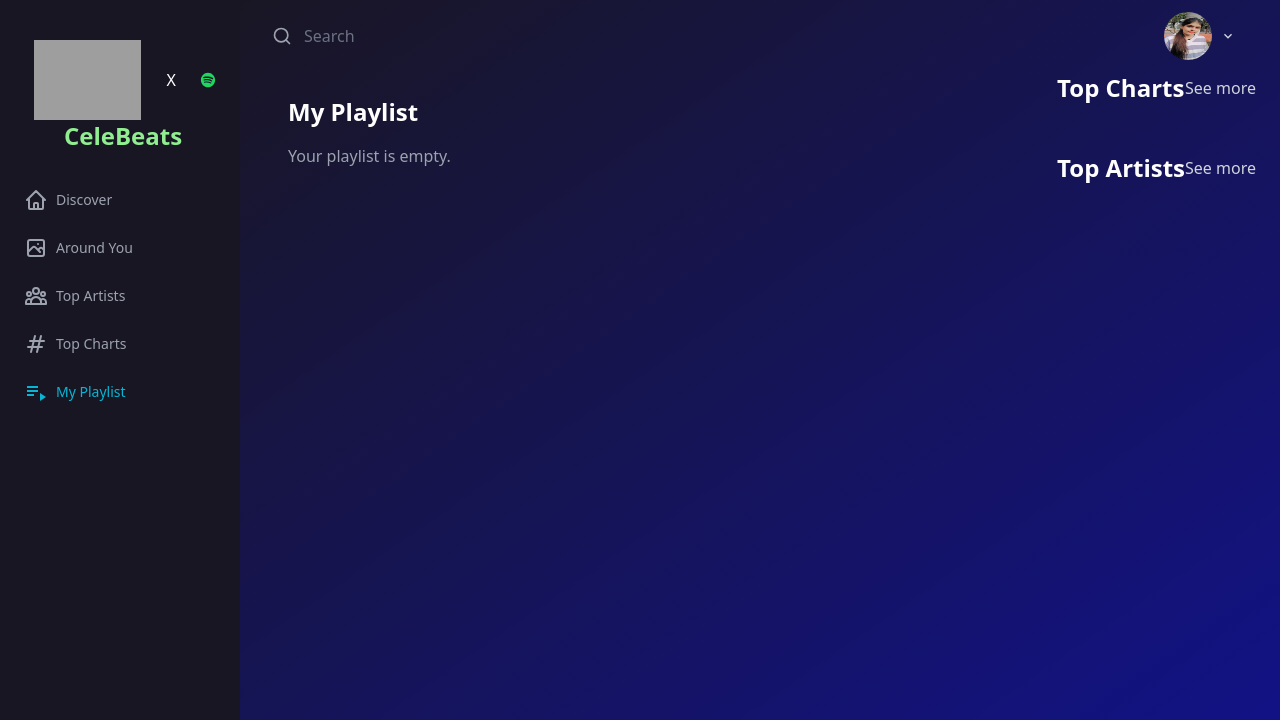
Repository: aakanshimalik/CeleBeats-SpotifyClone
Page: /playlist
An editor plug-in stored every save of this project. The page is shown before and after the next save, followed by the edit.
The browser window is 1280 px wide. The pictures show the whole page.
Pictures or frames that could not be fetched are drawn as grey boxes. The page's requests for data from a server got no answer. The project was rebuilt for these pictures with package versions that can differ from the ones it lists, and the page was loaded fresh each time. No one was signed in, and anything a server would have sent is missing. Also part of the build but not shown: vite.config.js, src/components/PlayPause.jsx, src/components/SongCard.jsx, src/components/ArtistCard.jsx, src/components/DetailsHeader.jsx, src/components/DetailHeader.jsx, src/components/SongBar.jsx, src/components/RelatedSongs.jsx and 17 more.

Above is the page before, as saved 2025-07-07 20:03:23.

### index.html
<!DOCTYPE html>
<html lang="en" class="h-full bg-gray-50">
  <head>
    <meta charset="UTF-8" />
    <link rel="icon" type="image/svg+xml" href="/src/assets/favicon.png" />
    <meta name="viewport" content="width=device-width, initial-scale=1.0" />
    <title>Spotify 2.0</title>
  </head>
  <body class="h-full overflow-hidden">
    <div id="root"></div>
    <script type="module" src="/src/index.jsx"></script>
  </body>
</html>

### src/index.jsx
import React from 'react';
import ReactDOM from 'react-dom/client';
import { BrowserRouter as Router } from 'react-router-dom';
import { Provider } from 'react-redux';

import './index.css';
import App from './App';
import { store } from './redux/store';
import PlaylistProvider from './context/PlaylistContext';

ReactDOM.createRoot(document.getElementById('root')).render(
  <React.StrictMode>
    <PlaylistProvider>
    <Provider store={store}>
      <Router>
        <App />
      </Router>
    </Provider>
    </PlaylistProvider>
  </React.StrictMode>,
);

### src/App.jsx
import { useSelector } from 'react-redux';
import { Route, Routes } from 'react-router-dom';

import { Searchbar, Sidebar, MusicPlayer, TopPlay } from './components';
import { ArtistDetails, TopArtists, AroundYou, Discover, Search, SongDetails, TopCharts, Playlist } from './pages';



const App = () => {
  const { activeSong } = useSelector((state) => state.player);

  return (
    <div className="relative flex">
      <Sidebar />
      <div className="flex-1 flex flex-col bg-gradient-to-br from-black to-[#121286]">
        <Searchbar />

        <div className="px-6 h-[calc(100vh-72px)] overflow-y-scroll hide-scrollbar flex xl:flex-row flex-col-reverse">
          <div className="flex-1 h-fit pb-40">
            <Routes>
              <Route path="/" element={<Discover />} />
              <Route path="/top-artists" element={<TopArtists />} />
              <Route path="/top-charts" element={<TopCharts />} />
              <Route path="/around-you" element={<AroundYou />} />
              <Route path="/artists/:id" element={<ArtistDetails />} />
              <Route path="/songs/:songid" element={<SongDetails />} />
              <Route path="/search/:searchTerm" element={<Search />} />
              <Route path='/playlist' element={<Playlist/>} />
            </Routes>
          </div>
          <div className="xl:sticky relative top-0 h-fit">
            <TopPlay />
          </div>
        </div>
      </div>

      {activeSong?.title && (
        <div className="absolute h-28 bottom-0 left-0 right-0 flex animate-slideup bg-gradient-to-br from-white/10 to-[#2a2a80] backdrop-blur-lg rounded-t-3xl z-10">
          <MusicPlayer />
        </div>
      )}
    </div>
  );
};

export default App;

### src/redux/store.js
import { configureStore } from '@reduxjs/toolkit';
import { audiusCoreApi } from './services/audiusCoreApi';

import playerReducer from './features/playerSlice';

export const store = configureStore({
  reducer: {
    [audiusCoreApi.reducerPath]: audiusCoreApi.reducer,
    player: playerReducer,
  },

  middleware: (getDefaultMiddleware) =>    getDefaultMiddleware().concat(audiusCoreApi.middleware),
});

### src/context/PlaylistContext.js
import React, { createContext, useContext, useState } from 'react';

const PlaylistContext = createContext();

export const usePlaylist = () => useContext(PlaylistContext);

export const PlaylistProvider = ({ children }) => {
  const [playlist, setPlaylist] = useState(
    JSON.parse(localStorage.getItem('myPlaylist')) || []
  );

  const addToPlaylist = (song) => {
    const updated = [...playlist, song];
    setPlaylist(updated);
    localStorage.setItem('myPlaylist', JSON.stringify(updated));
  };

  const removeFromPlaylist = (songId) => {
    const updated = playlist.filter(song => song.id !== songId);
    setPlaylist(updated);
    localStorage.setItem('myPlaylist', JSON.stringify(updated));
  };

  return (
    <PlaylistContext.Provider value={{ playlist, addToPlaylist, removeFromPlaylist }}>
      {children}
    </PlaylistContext.Provider>
  );
};

export default PlaylistProvider;

### src/components/index.js
import Sidebar from './Sidebar';
import Searchbar from './Searchbar';
import SongCard from './SongCard';
import TopPlay from './TopPlay';
import ArtistCard from './ArtistCard';
import DetailsHeader from './DetailsHeader';
import DetailHeader from './DetailHeader';
import SongBar from './SongBar';
import RelatedSongs from './RelatedSongs';
import MusicPlayer from './MusicPlayer';
import Loader from './Loader';
import Error from './Error';

export {
  TopPlay,
  Sidebar,
  SongCard,
  Searchbar,
  ArtistCard,
  DetailsHeader,
  DetailHeader,
  SongBar,
  RelatedSongs,
  MusicPlayer,
  Loader,
  Error,
};

### src/pages/index.js
import Discover from './Discover';
import TopArtists from './TopArtists';
import ArtistDetails from './ArtistDetails';
import SongDetails from './SongDetails';
import Search from './Search';
import Playlist from './Playlist';
import TopCharts from './TopCharts';
import AroundYou from './AroundYou';

export {
  Discover,
  Search,
  Playlist,
  TopArtists,
  ArtistDetails,
  SongDetails,
  TopCharts,
  AroundYou,
};

### src/redux/services/audiusCoreApi.js
import { createApi, fetchBaseQuery } from '@reduxjs/toolkit/query/react';

const genreByCountry = {
  IN: 'bollywood',
  US: 'hip-hop',
  BR: 'latin',
  KR: 'k-pop',
  JP: 'j-pop',
  FR: 'electronic',
  DE: 'house',
  NG: 'afrobeats',

}

export const audiusCoreApi = createApi({
  reducerPath: 'audiusCoreApi',
  baseQuery: fetchBaseQuery({
    baseUrl: 'https://discoveryprovider.audius.co/v1/',
  }),
  endpoints: (builder) => ({
    getTopTracks: builder.query({
      query: () =>
         `tracks/trending?limit=50&app_name=spotify-clone`,
    }),
    getSongsByGenre: builder.query({ query: (genre) => {
      if (!genre || genre === 'all') {
        return `/tracks/trending?limit=50&app_name=spotify-clone`; // No genre filter
      }
      return `/tracks/trending?genre=${genre}&limit=50&app_name=spotify-clone`;
    }

    }),
    getSongDetails: builder.query({
      query: (songid) => `tracks/${songid}` }),
    getSongRelated: builder.query({ query: ({songid }) => `/tracks/${songid}` }),
    getSongsByArtist: builder.query({
      query: (artistId) => `users/${artistId}/tracks?app_name=your_app`,
    }),
    getArtistDetails: builder.query({
      query: (artistId) => `users/${artistId}?app_name=spotify-clone`,
    }),
    getSongsByCountry: builder.query({ query: (countryCode) => {
      const genre = genreByCountry[countryCode] || 'electronic'; // default fallback
          return `/tracks/trending?genre=${genre}&limit=20&app_name=spotify-clone`;
    }
  }),
  getSongsBySearch: builder.query({ query: (searchTerm) => `search?query=${searchTerm}&app_name=spotify-clone` }),


  }),
});

export const {
  useGetTopTracksQuery,
  useGetSongsByGenreQuery,
  useGetArtistDetailsQuery,
  useGetSongsByArtistQuery,
  useGetSongDetailsQuery,
  useGetSongRelatedQuery,
  useGetSongsByCountryQuery,
  useGetSongsBySearchQuery,

} = audiusCoreApi;

### src/redux/features/playerSlice.js
import { createSlice } from '@reduxjs/toolkit';

const initialState = {
  currentSongs: [],
  currentIndex: 0,
  isActive: false,
  isPlaying: false,
  activeSong: {},
  genreListId: 'all',
};

const playerSlice = createSlice({
  name: 'player',
  initialState,
  reducers: {
    setActiveSong: (state, action) => {
      state.activeSong = action.payload.song;

      if (action.payload?.data?.tracks?.hits) {
        state.currentSongs = action.payload.data.tracks.hits;
      } else if (action.payload?.data?.properties) {
        state.currentSongs = action.payload?.data?.tracks;
      } else {
        state.currentSongs = action.payload.data;
      }

      state.currentIndex = action.payload.i;
      state.isActive = true;
    },

    nextSong: (state, action) => {
      if (state.currentSongs[action.payload]?.track) {
        state.activeSong = state.currentSongs[action.payload]?.track;
      } else {
        state.activeSong = state.currentSongs[action.payload];
      }

      state.currentIndex = action.payload;
      state.isActive = true;
    },

    prevSong: (state, action) => {
      if (state.currentSongs[action.payload]?.track) {
        state.activeSong = state.currentSongs[action.payload]?.track;
      } else {
        state.activeSong = state.currentSongs[action.payload];
      }

      state.currentIndex = action.payload;
      state.isActive = true;
    },

    playPause: (state, action) => {
      state.isPlaying = action.payload;
    },

    selectGenreListId: (state, action) => {
      state.genreListId = action.payload;
    },
  },
});

export const { setActiveSong, nextSong, prevSong, playPause, selectGenreListId } = playerSlice.actions;

export default playerSlice.reducer;

### src/components/Sidebar.jsx
import React, { useState } from 'react';
import { NavLink } from 'react-router-dom';
import { HiOutlineHashtag, HiOutlineHome, HiOutlineMenu, HiOutlinePhotograph, HiOutlineUserGroup } from 'react-icons/hi';
import { RiCloseLine } from 'react-icons/ri';
import { MdPlaylistPlay } from 'react-icons/md';

import  logo1  from '../assets/favicon.svg';
import logo2 from '../assets/CT.jpeg';

const links = [
  { name: 'Discover', to: '/', icon: HiOutlineHome },
  { name: 'Around You', to: '/around-you', icon: HiOutlinePhotograph },
  { name: 'Top Artists', to: '/top-artists', icon: HiOutlineUserGroup },
  { name: 'Top Charts', to: '/top-charts', icon: HiOutlineHashtag },
  { name: 'My Playlist', to: '/playlist', icon: MdPlaylistPlay },
];

const NavLinks = ({ handleClick }) => (
  <div className="mt-3">
    {links.map((item) => (
      <NavLink
        key={item.name}
        to={item.to}
        className="flex flex-row justify-start items-center my-6 ml-2 text-sm font-medium text-gray-400 hover:text-cyan-400"
        onClick={() => handleClick && handleClick()}
      >
        <item.icon className="w-6 h-6 mr-2" />
        {item.name}
      </NavLink>
    ))}
  </div>
);


const Sidebar = () => {
  const [mobileMenuOpen, setMobileMenuOpen] = useState(false);


   return (
    <>
      <div className='md:flex hidden flex-col w-[240px] py-10 px-4 bg-[#191624] '>
        <div>
          <div className='flex flex-row items-center gap-2'>
            <img src={logo2} alt='logo2' className=' w-40 h-20 object-contain ' />
            <span className='text-white'>X</span><br></br>
            <img src={logo1} alt='logo1' className=' w-8 h-8 object-contain bg-transparent rounded ' />
          </div>

          <h2 className='text-white font-bold text-2xl font-spotify-mix ml-12' style={{color:"#90EE90"}}>CeleBeats</h2>
        </div>

          <NavLinks />
      </div>

      <div className='absolute md:hidden block top-6 right-3'>
         {mobileMenuOpen ? (
          <RiCloseLine className='w-6 h-6 text-white mr-2' onClick={() => setMobileMenuOpen(false)}/>
         ) : <HiOutlineMenu className='w-6 h-6 text-white mr-2' onClick={() => setMobileMenuOpen(true)} />}
      </div>

      <div className={`absolute top-0 h-screen w-2/3 bg-gradient-to-tl from-white/10 to-[#483d8b] backdrop-blur-lg z-10 p-6 md:hidden smooth-transition ${mobileMenuOpen ? 'left-0' : '-left-full'}`}>
        <img src={logo1} alt='logo' className='w-full h-20 object-contain' />
          <NavLinks handleClick={() => setMobileMenuOpen(false)}/>
      </div>
    </>
   );
  };

export default Sidebar;

### src/components/Searchbar.jsx
// import React, { useState } from 'react';
// import { useNavigate } from 'react-router-dom';
// import { FiSearch } from 'react-icons/fi';
// import { MdKeyboardArrowDown } from 'react-icons/md';
// import avatar from '../assets/Aakanshi_photo.jpg';

// const Searchbar = () => {
//   const navigate = useNavigate();
//   const [searchTerm, setSearchTerm] = useState('');
//   const [showProfile, setShowProfile] = useState(false);

//   const handleSubmit = (e) => {
//     e.preventDefault();
//     const trimmed = searchTerm.trim();
//     if (trimmed) {
//       navigate(`/search/${encodeURIComponent(trimmed)}`);
//     }
//   };

//   return (
//     <div className="flex justify-between items-center px-4 py-2">
//     <form
//       onSubmit={handleSubmit}
//       autoComplete="off"
//       className="p-2 text-gray-400 focus-within:text-gray-600"
//     >
//       <label htmlFor="search-field" className="sr-only">
//         Search all songs
//       </label>
//       <div className="flex flex-row justify-start items-center">
//         <FiSearch className="w-5 h-5 ml-4" />
//         <input
//           id="search-field"
//           name="search-field"
//           type="search"
//           placeholder="Search"
//           value={searchTerm}
//           onChange={(e) => setSearchTerm(e.target.value)}
//           className="flex-1 bg-transparent border-none placeholder-gray-500 outline-none text-base text-white p-4"
//         />
//       </div>
//     </form>
//   );
// };

// export default Searchbar;

import React, { useState } from 'react';
import { useNavigate } from 'react-router-dom';
import { FiSearch } from 'react-icons/fi';
import { MdKeyboardArrowDown } from 'react-icons/md';
import avatar from '../assets/Aakanshi_photo.jpg'; // make sure this path is correct

const Searchbar = () => {
  const navigate = useNavigate();
  const [searchTerm, setSearchTerm] = useState('');
  const [showProfile, setShowProfile] = useState(false);

  const handleSubmit = (e) => {
    e.preventDefault();
    const trimmed = searchTerm.trim();
    if (trimmed) {
      navigate(`/search/${encodeURIComponent(trimmed)}`);
    }
  };

  return (
    <div className="flex justify-between items-center px-4 py-2">
      {/* Search Form */}
      <form
        onSubmit={handleSubmit}
        autoComplete="off"
        className="flex items-center bg-none border-gray-700 rounded-full px-2 text-gray-400 focus-within:text-gray-600 w-full max-w-md"
      >
        <FiSearch className="w-5 h-5 ml-2" />
        <input
          id="search-field"
          name="search-field"
          type="search"
          placeholder="Search"
          value={searchTerm}
          onChange={(e) => setSearchTerm(e.target.value)}
          className="flex-1 bg-transparent border-none placeholder-gray-500 outline-none text-base text-white p-3"
        />
      </form>

      {/* Profile */}
      <div className="relative ml-6 mr-6">
        <div
          className="flex items-center gap-2 cursor-pointer p-1 hover:bg-gray-700 rounded-lg"
          onClick={() => setShowProfile(!showProfile)}
        >
          <img
            src={avatar}
            alt="user-profile"
            className="rounded-full w-12 h-12"
          />
          <MdKeyboardArrowDown className="text-gray-300" />
        </div>

        {/* Dropdown Profile Info */}
        {showProfile && (
          <div className="absolute right-0 mt-2 w-58 bg-blue-900 border border-gray-700 text-white rounded-lg shadow-lg p-4 z-50 ">
            <div className="flex flex-col items-center">
              <img
                src={avatar}
                alt="Profile"
                className="w-20 h-20 rounded-full mb-5 "
              />
              <p className="font-semibold text-xl">Aakanshi Malik</p>
              <p className="text-m text-gray-300 ml-2">aakanshimalik54@gmail.com</p>
              <p className="text-sm text-gray-200 font-semibold ml-5">React Developer Intern</p>
              <span>(Celebal Summer Intern 2025)</span>

              <button
                className='bg-white-600 p-2 mt-5 text-gray-200 border border-gray-500 hover:bg-blue-700 '
                onClick={() => setShowProfile(!showProfile)}
              >Logout</button>
            </div>
          </div>
        )}
      </div>
    </div>
  );
};

export default Searchbar;

### src/components/TopPlay.jsx
import React, { useEffect, useRef } from 'react';
import { Link } from 'react-router-dom';
import { useSelector, useDispatch } from 'react-redux';
import { Swiper, SwiperSlide } from 'swiper/react';
import { FreeMode } from 'swiper';

import PlayPause from './PlayPause';
import { playPause, setActiveSong } from '../redux/features/playerSlice';
import {  useGetTopTracksQuery } from '../redux/services/audiusCoreApi';
import defaultProfile from "../assets/default-profile.jpeg";

import 'swiper/css';
import 'swiper/css/free-mode';

const TopChartCard = ({song ,i , isPlaying, activeSong, handlePauseClick, handlePlayClick })=> (
  <div className='w-full flex flex-row items-center hover:bg-[#4c426e] py-2 p-4 rounded-lg cursor-pointer mb-2'>
    <h3 className="font-bold text-base text-white mr-3">{i+1}.</h3>
    <div className="flex-1 flex flex-row justify-between items-center">
      <img className='w-20 h-20 rounded-lg' src={song.artwork?.['150x150']} alt={song?.title}/>
      <div className='flex-1 flex flex-col justify-center mx-3'>
        <Link to={`songs/${song.id}`}>
          <p className='text-xl font-bold text-white'>
            {song?.title}
          </p>
        </Link>
        <Link to={`artists/${song.user.id}`}>
          <p className='text-base text-gray-300 mt-1'>
            {song?.user.name}
          </p>
        </Link>

      </div>

    </div>
    <PlayPause
      isPlaying={isPlaying}
      activeSong={activeSong}
      song={song}
      handlePause={handlePauseClick}
      handlePlay={handlePlayClick}
    />
  </div>
);

const TopPlay = () => {
  const dispatch = useDispatch();
  const {activeSong, isPlaying } = useSelector((state) => state.player);
  const { data } = useGetTopTracksQuery();
  const divRef = useRef(null);

  useEffect(() => {
    divRef.current?.scrollIntoView({ behavior: 'smooth'});
  }, []);


  const topPlays = data?. data?.slice(0, 5);

    const handlePauseClick = () => {
      dispatch(playPause(false));
    };

    const handlePlayClick = (song, i) => {
      dispatch(setActiveSong({ song, data, i }));
      dispatch(playPause(true));
    };

    return (
      <div ref={divRef} className='xl:ml-6 ml-0 xl:mb-0 mb-6 flex-1 xl:max-w-[500px] max-w-full flex flex-col'>
        <div className='w-full flex flex-col'>
          <div className='flex flex-row justify-between items-center'>
              <h2 className=" text-white font-bold text-2xl">Top Charts</h2>
              <Link to="/top-charts">
              <p className="text-gray-300 text-base cursor-pointer">See more</p></Link>
          </div>

          <div className='mt-4 flex flex-col gap-1'>
             {topPlays?.map((song, i) => (
              <TopChartCard
              key={song.id}
              song={song}
              i={i}
              isPlaying={isPlaying}
              activeSong={activeSong}
              handlePauseClick={handlePauseClick}
              handlePlayClick={() => handlePlayClick(song, i)}
              />
             ))}
          </div>
        </div>

        <div className='w-full flex flex-col mt-8'>
        <div className='flex flex-row justify-between items-center'>
              <h2 className=" text-white font-bold text-2xl">Top Artists</h2>
              <Link to="/top-artists">
              <p className="text-gray-300 text-base cursor-pointer">See more</p></Link>
        </div>

        <Swiper
          slidesPerView="auto"
          spaceBetween={15}
          freeMode
          centeredSlides
          centeredSlidesBounds
          modules={[FreeMode]}
          className="mt-4"
        >
          {topPlays?.slice(0, 5).map((song,i) => (
            // console.log(defaultProfile);
            <SwiperSlide
            key={song?.id || `${song?.user?.id}-${i}`}
            style={{ width: '25%', height: 'auto' }}
            className="shadow-lg rounded-full animate-slideright"
            >
              <Link to={`/artists/${song?.user?.id}`}>
              <img src={
                song?.user?.profile_picture?.['150x150']  ||  song?.user?.defaultProfile

                } alt= {song?.user?.name}
                onError={(e) => {
                  e.target.onerror = null;
                  e.target.src = defaultProfile;
                }}
                className="rounded-full w-full object-cover" />
                  </Link>

            </SwiperSlide>
          ))}
         </Swiper>


        </div>

      </div>
    );
};

export default TopPlay;

### src/pages/Playlist.jsx
import { SongCard } from '../components';
import { usePlaylist } from '../context/PlaylistContext';
import { useSelector } from 'react-redux';
import { useGetTopTracksQuery } from '../redux/services/audiusCoreApi';

const Playlist = () => {
     const { data, isFetching, error } = useGetTopTracksQuery();
  const { playlist, removeFromPlaylist } = usePlaylist();
  const { activeSong, isPlaying } = useSelector((state) => state.player);

  const songs = data?.data || [];

  return (

    <div className="p-6">

      <h2 className="text-white text-2xl font-bold mb-4">My Playlist</h2>
      {playlist.length === 0 ? (
        <p className="text-gray-400">Your playlist is empty.</p>
      ) : (
        <div className="flex flex-wrap sm:justify-start justify-center gap-8">
                {playlist.map((song, index) => (
                    <div key={song.id} className="flex flex-col items-center">
                  <SongCard
                    key={song.id}
                    song={song}
                    isPlaying={isPlaying}
                    activeSong={activeSong}
                    data={songs}
                    i={index}

                  />

                  <button
                     onClick={() => removeFromPlaylist(song.id)}
                    className="text-white-400 hover:text-white-600 mt-2 px-3 py-1 text-sm font-medium  bg-red-600 hover:bg-red-700 rounded-md transition-colors duration-200"
                   >
                      Remove
                  </button>
                  </div>
                ))}
              </div>

        // <ul className="space-y-4">
        //   {playlist.map((song, index) => (
        //     <li key={song.id || index} className="flex justify-between items-center text-white">
        //       <span>{song.title} — {song.artistName}</span>
        //       <button
        //         onClick={() => removeFromPlaylist(song.id)}
        //         className="text-red-400 hover:text-red-600"
        //       >
        //         Remove
        //       </button>
        //     </li>
        //   ))}
        // </ul>
      )}

    </div>

  );
};
export default Playlist;

Loaded but not shown: src/index.css (common file); tailwind.config.js (common file)

After the next save:
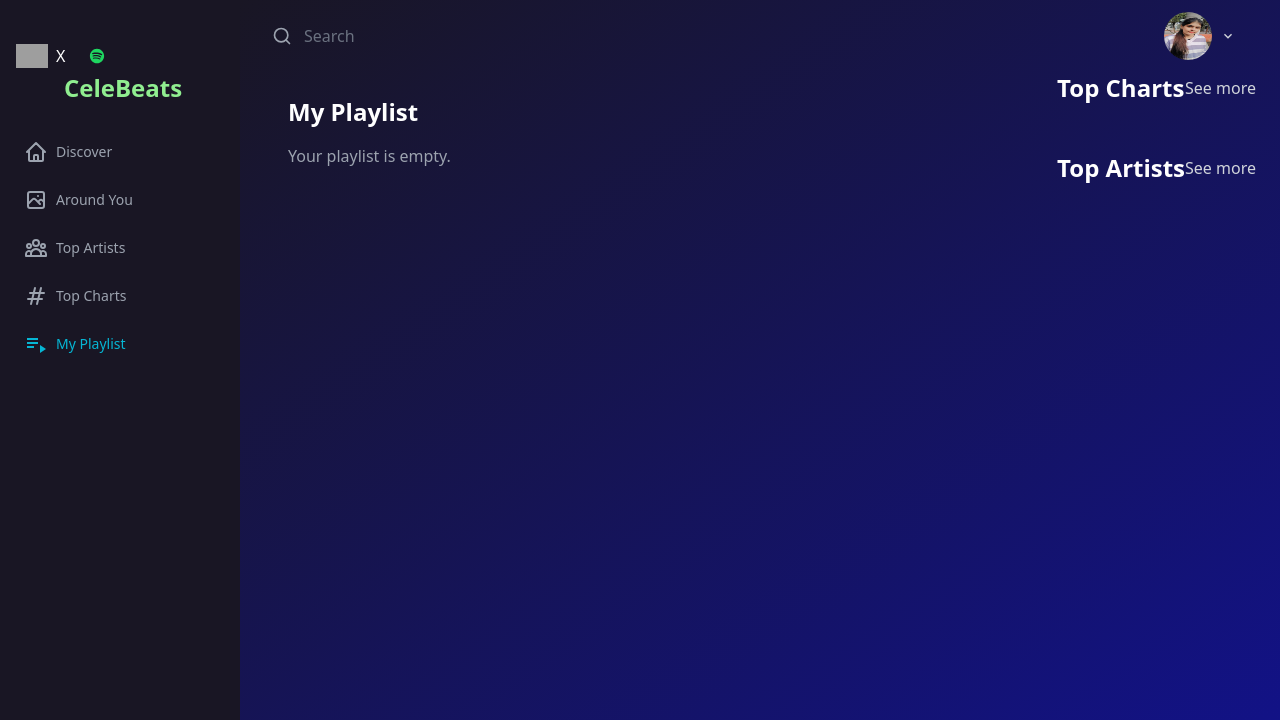
Saved 29 s later.
--- a/src/components/Sidebar.jsx
+++ b/src/components/Sidebar.jsx
@@ -41,7 +41,7 @@
       <div className='md:flex hidden flex-col w-[240px] py-10 px-4 bg-[#191624] '>
         <div>
           <div className='flex flex-row items-center gap-2'>
-            <img src={logo2} alt='logo2' className=' w-40 h-20 object-contain ' />
+            <img src={logo2} alt='logo2' className=' w-8 h-8 object-contain ' />
             <span className='text-white'>X</span><br></br>
             <img src={logo1} alt='logo1' className=' w-8 h-8 object-contain bg-transparent rounded ' />
           </div>
